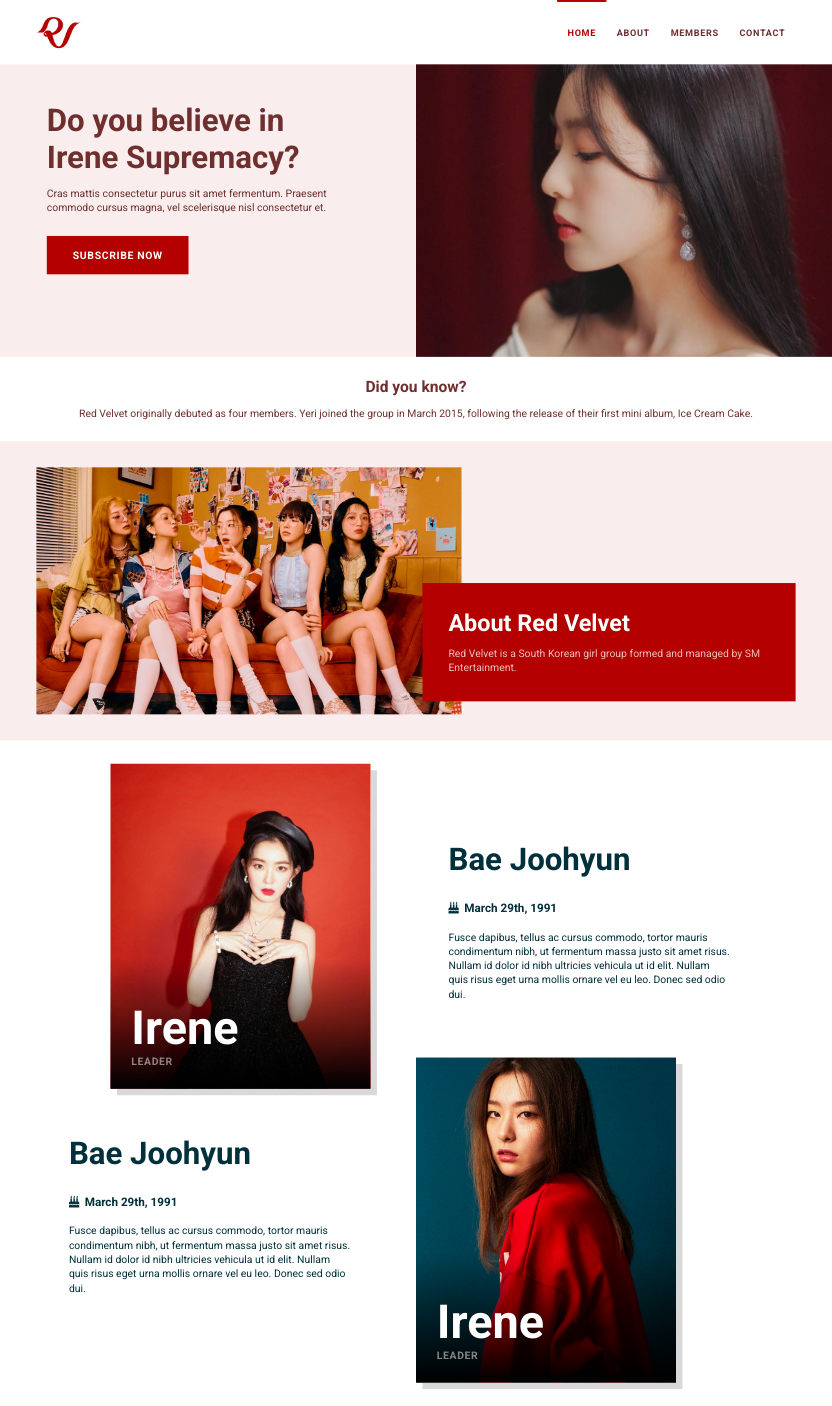
Repository: stillnotdavid/eternity-university
Page: app/index.html
The author's editor kept a copy of each file at every save. The page is drawn from the files as they stood at one save, then again after the next save.
The browser window is 1280 px wide. The pictures show the whole page, at 65% of full size.
The style sheet was rebuilt from its Sass, Less or Tailwind sources for each picture, by a compiler version that may differ from the author's.

Above is the page before, as saved 2021-12-05 21:15:04.

### app/index.html
<!doctype html>
<html class="no-js" lang="">

<head>
  <meta charset="utf-8">
  <meta name="description" content="">

  <meta name="viewport" content="width=device-width, initial-scale=1, shrink-to-fit=no">
  <title>Red Velvet Fansite</title>
  <link rel="apple-touch-icon" href="apple-touch-icon.png">
  <link rel="stylesheet" href="https://use.fontawesome.com/releases/v5.15.4/css/all.css"
    integrity="sha384-DyZ88mC6Up2uqS4h/KRgHuoeGwBcD4Ng9SiP4dIRy0EXTlnuz47vAwmeGwVChigm" crossorigin="anonymous">
  <!-- Place favicon.ico in the root directory -->
  <!-- build:css styles/vendor.css -->
  <!-- endbuild -->
  <!-- build:css styles/main.css -->
  <link rel="stylesheet" href="styles/main.css">
  <!-- endbuild -->
  <!-- build:js scripts/modernizr.js -->
  <script src="scripts/modernizr.js"></script>
  <!-- endbuild -->
</head>

<body>
  <!--[if IE]>
      <p class="browserupgrade">You are using an <strong>outdated</strong> browser. Please <a href="http://browsehappy.com/">upgrade your browser</a> to improve your experience.</p>
    <![endif]-->
  <header class="header">
    <div class="container header__container">
      <a class="header__logo" href="#"><img class="header__logo-image" src="images/logo.png"
          alt="Red Velvet Logo" /></a>
      <nav class="header__nav">
        <ul class="header__nav-links">
          <li class="header__nav-item">
            <a class="header__nav-link header__nav-link--active" href="">Home</a>
          </li>
          <li class="header__nav-item">
            <a class="header__nav-link" href="">About</a>
          </li>
          <li class="header__nav-item">
            <a class="header__nav-link" href="">Members</a>
          </li>
          <li class="header__nav-item">
            <a class="header__nav-link" href="">Contact</a>
          </li>
        </ul>
      </nav>
    </div>
  </header>
  <section class="hero">
    <div class="container--half">
      <div class="hero__cta">
        <h1>Do you believe in Irene Supremacy?</h1>
        <p>Cras mattis consectetur purus sit amet fermentum. Praesent commodo cursus magna,
          vel scelerisque nisl
          consectetur et.</p>
        <a class="button-primary" href="">Subscribe Now</a>
      </div>
    </div>
    <div class="hero__image">
    </div>
  </section>
  <section class="trivia">
    <div class="container trivia__container">
      <div class="trivia__title">Did you know?</div>
      <p class="no-margin--bottom">Red Velvet originally debuted as four members. Yeri joined the group in March 2015,
        following the release of
        their first mini album, Ice Cream Cake.</p>
    </div>
  </section>
  <section class="about">
    <div class="container about__container">
      <img class="about__image" src="images/group.png" alt="Red Velvet Sitting!">
      <div class="about__text">
        <h2>About Red Velvet</h2>
        <p class="light">Red Velvet is a South Korean girl group formed and managed by SM Entertainment.</p>
      </div>
    </div>
  </section>
  <section class="members">
    <div class="container members__container">
      <div class="member">
        <div class="member__photo">
          <div class="member__photo-image member__irene">
            <div class="member__name">Irene</div>
            <div class="member__position">Leader</div>
          </div>
        </div>
        <div class="member__info">
          <h3>Bae Joohyun</h3>
          <h4 class="member__info-birthdate">
            <i class="fas fa-birthday-cake margin-right--small"></i> March 29th, 1991
          </h4>
          <p class="member__info-description">Fusce dapibus, tellus ac cursus commodo, tortor mauris condimentum nibh,
            ut fermentum massa justo sit amet
            risus. Nullam id dolor id nibh ultricies vehicula ut id elit. Nullam quis risus eget urna mollis ornare vel
            eu
            leo. Donec sed odio dui.</p>
        </div>
      </div>
      <div class="member member--reverse">
        <div class="member__photo">
          <div class="member__photo-image member__seulgi">
            <div class="member__name">Irene</div>
            <div class="member__position">Leader</div>
          </div>
        </div>
        <div class="member__info">
          <h3>Bae Joohyun</h3>
          <h4 class="member__info-birthdate">
            <i class="fas fa-birthday-cake margin-right--small"></i> March 29th, 1991
          </h4>
          <p class="member__info-description">Fusce dapibus, tellus ac cursus commodo, tortor mauris condimentum nibh,
            ut fermentum massa justo sit amet
            risus. Nullam id dolor id nibh ultricies vehicula ut id elit. Nullam quis risus eget urna mollis ornare vel
            eu
            leo. Donec sed odio dui.</p>
        </div>
      </div>
    </div>
  </section>

  <!-- build:js scripts/vendor.js -->
  <!-- endbuild -->
  <!-- build:js scripts/main.js -->
  <script src="scripts/main.js"></script>
  <!-- endbuild -->
</body>

</html>

### app/styles/main.scss
@import 'partials/colors';
@import 'partials/spacing';
@import 'partials/typography';
@import 'partials/utilities';

@import 'components/button';
@import 'components/header';
@import 'components/hero';
@import 'components/trivia';
@import 'components/about';
@import 'components/members';


* {
  box-sizing: border-box;
}

html,
body {
  padding: 0;
  margin: 0;
}

.container {
  display: flex;
  width: 100%;
  max-width: 1200px;
  margin: 0 auto;
  padding: 0 $spacing-large;

  &--half {
    width: 100%;
    max-width: 600px;
    margin-left: auto;
    padding: 0 $spacing-xlarge;
  }
}

### app/styles/partials/_colors.scss
$color-primary: #B50000;
$color-secondary: #6F2F2F;
$color-tertiary: #00303B;

$background-primary: #F9EDED;


$colors: ("primary": $color-primary,
  "secondary": $color-secondary);


@each $name,
$color in $colors {
  .background {

    &--#{$name} {
      background-color: #{$color};
    }
  }
}

@each $name,
$color in $colors {
  .color {

    &--#{$name} {
      color: #{$color} !important;
    }
  }
}

### app/styles/partials/_spacing.scss
$spacing-xsmall: 2px;
$spacing-small: 4px;
$spacing-medium: 8px;
$spacing-large: 16px;
$spacing-xlarge: 32px;

### app/styles/partials/_typography.scss
@import url('https://fonts.googleapis.com/css2?family=Roboto:wght@400;500;700&display=swap');


body,
html {
  font-family: 'Roboto', sans-serif;
}


$font-small: 14px;
$font-medium: 16px;
$font-large: 18px;
$font-xlarge: 24px;
$font-xxxlarge: 48px;

$font-regular: 400;
$font-bold: 700;


h1 {
  font-size: $font-xxxlarge;
  font-weight: $font-bold;
  color: $color-secondary;
  margin: $spacing-medium 0;
}

h2 {
  font-size: 36px;
  margin: 0;
}

h3 {
  font-size: 48px;
  margin: 0 0 36px 0;
  color: $color-tertiary;
}

h4 {
  font-size: $font-large;
  font-weight: $font-bold;
  color: $color-tertiary;
}

p {
  font-size: $font-medium;
  color: $color-secondary;
  line-height: 22px;

  &.light {
    color: rgba(255, 255, 255, .75);
  }
}

### app/styles/partials/_utilities.scss
$sides: top,
bottom,
left,
right;

@each $side in $sides {
  .no-margin {
    margin: 0;

    &--#{$side} {
      margin-#{$side}: 0;
    }
  }
}

@each $side in $sides {
  .no-padding {
    padding: 0;

    &--#{$side} {
      padding-#{$side}: 0;
    }
  }
}

$spacing: ("small": 4px, "medium": 8px, "large": 16px);

@each $side in $sides {
  .margin {

    &-#{$side} {

      @each $size,
      $value in $spacing {
        &--#{$size} {
          margin-#{$side}: $value;
        }
      }
    }
  }
}

### app/styles/components/_button.scss
.button-primary {
  display: inline-block;
  background-color: $color-primary;
  padding: 20px 40px;
  text-decoration: none;
  color: white;
  font-size: $font-medium;
  font-weight: $font-bold;
  text-transform: uppercase;
  letter-spacing: 1px;
  margin: $spacing-large 0;
}

### app/styles/components/_header.scss
$_logo-height: 50px;


.header {

  &__container {
    justify-content: space-between;
  }

  &__logo {
    display: flex;
    align-items: center;

    &-image {
      height: $_logo-height;
    }
  }

  &__nav {

    &-links {
      display: flex;
      list-style-type: none;
      padding: 0;
      margin: 0;
    }

    &-item {
      display: flex;
    }

    &-link {
      padding: 40px $spacing-large;
      text-decoration: none;
      color: $color-secondary;
      text-transform: uppercase;
      font-size: $font-small;
      font-weight: $font-bold;
      letter-spacing: 1px;
      border-top: 3px solid transparent;

      &:hover,
      &--active {
        color: $color-primary;
        border-top: 3px solid $color-primary;
      }
    }
  }
}

### app/styles/components/_hero.scss
$_hero-height: 450px;

.hero {
  height: $_hero-height;
  background: $background-primary;
  display: flex;

  &__container {
    align-items: center;
  }

  &__cta {
    flex: 0 0 50%;
    padding: 50px 100px 50px 0;
  }

  &__image {
    flex: 0 0 50%;
    height: 100%;
    background-image: url('../../images/hero.jpeg');
    background-size: cover;
    background-position: center center;
  }
}

### app/styles/components/_trivia.scss
.trivia {
  text-align: center;
  padding: $spacing-xlarge;

  &__container {
    flex-direction: column;
  }

  &__title {
    font-size: $font-xlarge;
    font-weight: $font-bold;
    color: $color-secondary;
  }
}

### app/styles/components/_about.scss
.about {
  background: $background-primary;
  padding: 40px 0;

  &__container {
    align-items: flex-end;
  }

  &__image {
    height: 380px;
  }

  &__text {
    background: $color-primary;
    color: white;
    padding: 40px;
    margin-left: -60px;
    margin-bottom: 20px;

    p {
      margin-bottom: 0;
    }
  }
}

### app/styles/components/_members.scss
.members {
  &__container {
    flex-direction: column;
  }
}

.member {
  display: flex;
  align-items: center;

  &--reverse {
    flex-direction: row-reverse;
    margin-top: -120px;

    .member__photo-image {
      margin-left: 0;
    }
  }

  &__photo {
    flex: 0 1 50%;
    display: flex;
    padding: 36px 0;

    &-image {
      height: 500px;
      width: 400px;
      background-size: cover;
      background-position: center center;
      margin-left: auto;
      margin-right: 70px;
      box-shadow: 10px 10px 0 rgba(0, 0, 0, .15);
      display: flex;
      padding: $spacing-xlarge;
      flex-direction: column;
      justify-content: flex-end;
      position: relative;

      &:before {
        background: linear-gradient(to top, black, transparent);
        height: 200px;
        width: 100%;
        position: absolute;
        content: '';
        bottom: 0;
        left: 0;
        z-index: 1;
      }
    }
  }

  &__info {
    flex: 0 1 50%;
    padding: 100px 100px 100px 50px;

    &-description {
      color: $color-tertiary;
    }
  }

  &__name {
    font-size: 72px;
    font-weight: $font-bold;
    color: white;
    z-index: 2;
  }

  &__position {
    font-size: $font-medium;
    font-weight: $font-bold;
    text-transform: uppercase;
    letter-spacing: 1px;
    color: rgba(255, 255, 255, .50);
    z-index: 2;
  }

  &__irene {
    background-image: url('../../images/member__irene.jpeg');
  }

  &__seulgi {
    background-image: url('../../images/member__seulgi.png');
  }
}

Loaded but not shown: app/scripts/main.js (common file)

After the next save:
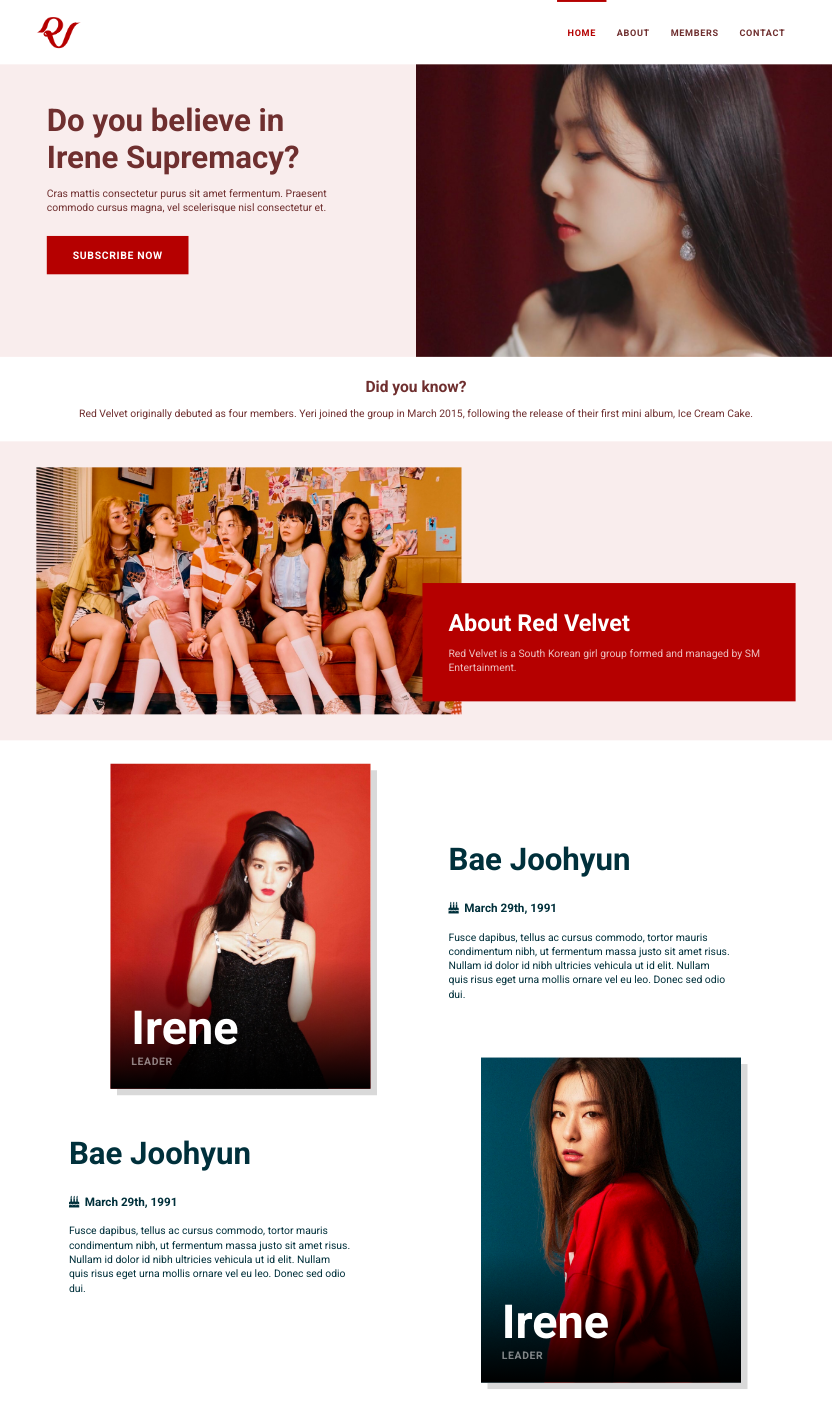
Saved 30 s later.
--- a/app/styles/components/_members.scss
+++ b/app/styles/components/_members.scss
@@ -13,7 +13,7 @@
     margin-top: -120px;
 
     .member__photo-image {
-      margin-left: 0;
+      margin-left: 100px;
     }
   }
 
